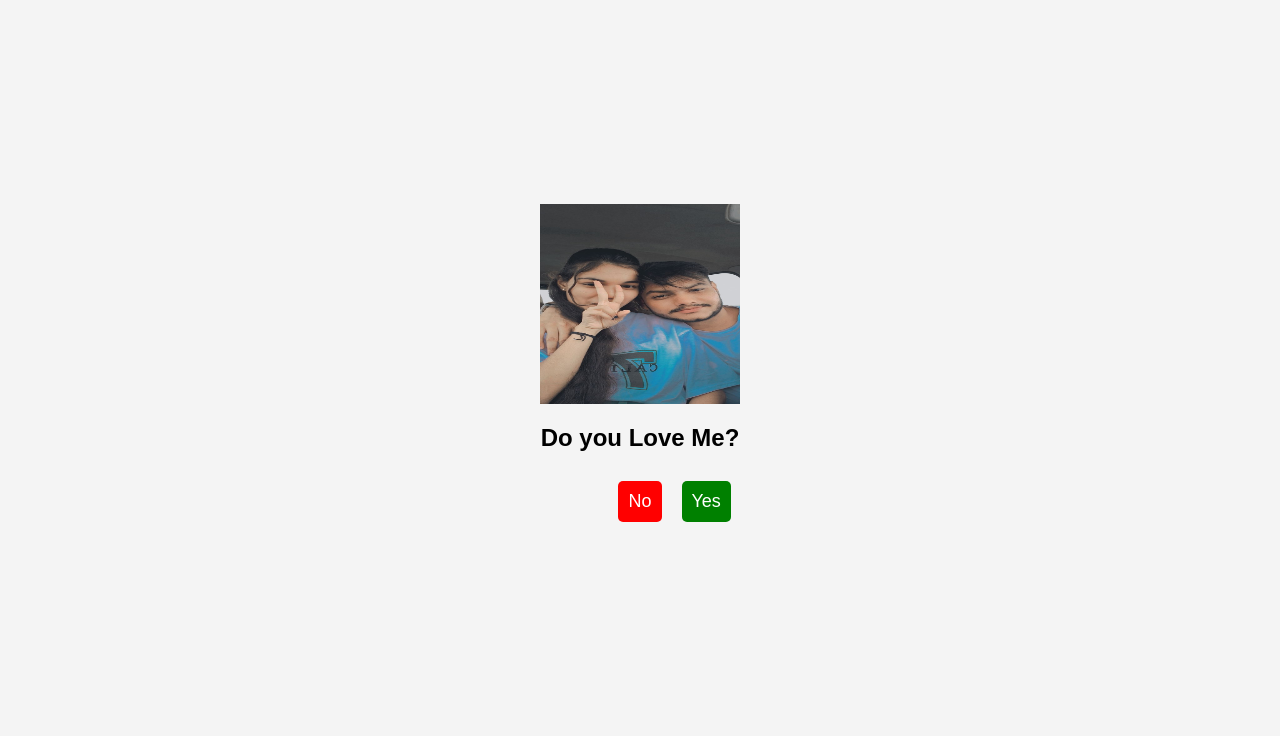
Repository: JishuChouhan/MyCode
Page: yes.html
These files come from the project's save history. The page is drawn as it stood at one moment and after the next save; the edit follows.
The browser window is 1280 px wide. The pictures show the whole page.

Above is the page before, as saved 2025-02-17 17:46:37.

### yes.html
<!DOCTYPE html>
<html lang="en">
<head>
    <meta charset="UTF-8">
    <meta name="viewport" content="width=device-width, initial-scale=1.0">
    <title>Yes or No</title>
    <style>
        body {
            display: flex;
            justify-content: center;
            align-items: center;
            height: 100vh;
            flex-direction: column;
            background-color: #f4f4f4;
            font-family: Arial, sans-serif;
        }
        .btn-container {
            position: relative;
            width: 300px;
            text-align: center;
        }
        .btn {
            padding: 10px;
            font-size: 18px;
            border: none;
            cursor: pointer;
            border-radius: 5px;
            margin: 10px;
            transition: 0.3s ease;
        }
        #yesBtn {
            background-color: red;
            color: white;
        }
        #noBtn {
            background-color: green;
            color: white;
            position: absolute;
        }
    </style>
</head>
<body>

    <img src="img/Snapchat-735368105.jpg" height="200px" width="200px" alt="">
    <h2>Do you Love Me?</h2>
    <div class="btn-container">
        <button id="yesBtn" class="btn" onclick="redirect()">No</button>
        <button id="noBtn" class="btn" onmouseover="moveButton()">Yes</button>
    </div>

    <script>
        function moveButton() {
            let btn = document.getElementById("noBtn");
            let x = Math.random() * 200 - 100; // Random movement
            let y = Math.random() * 200 - 100;
            btn.style.transform = `translate(${x}px, ${y}px)`;
        }

        function redirect() {
            window.location.href = "index.html"; // Change to your target page
        }
    </script>

</body>
</html>

After the next save:
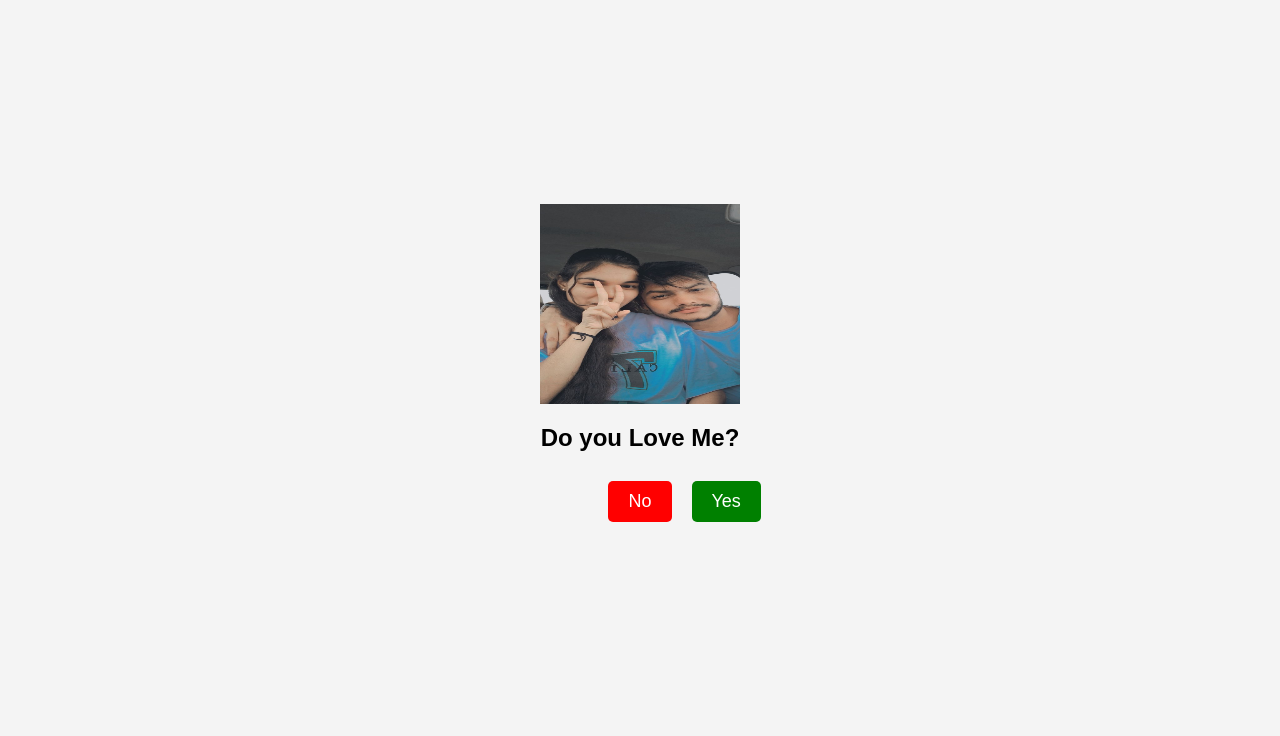
Saved 12 s later.
--- a/yes.html
+++ b/yes.html
@@ -20,7 +20,7 @@
             text-align: center;
         }
         .btn {
-            padding: 10px;
+            padding: 10px 20px;
             font-size: 18px;
             border: none;
             cursor: pointer;
@@ -57,7 +57,7 @@
         }
 
         function redirect() {
-            window.location.href = "index.html"; // Change to your target page
+            window.location.href = "love.html"; // Change to your target page
         }
     </script>
 
